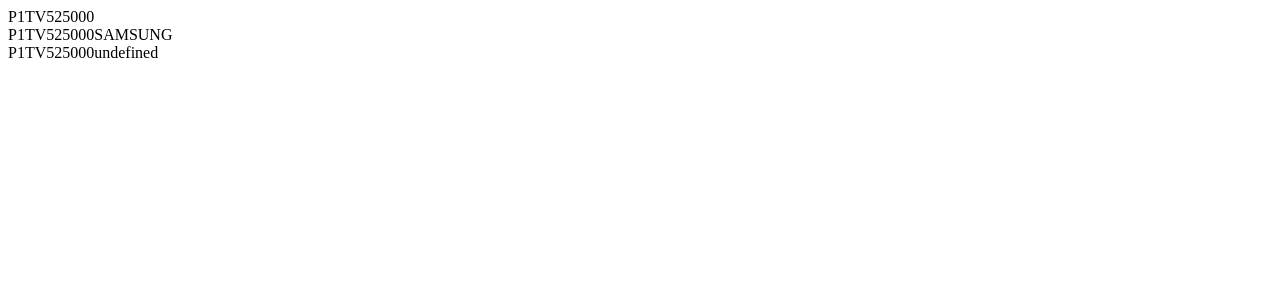
Repository: arindamslt/JEECoding
Page: JEE_FRONTEND/src/main/webapp/04JavascriptObject.html
An editor plug-in stored every save of this project. The page is shown before and after the next save, followed by the edit.
The browser window is 1280 px wide. The pictures show the whole page.

Above is the page before, as saved 2025-07-17 06:18:17.

After the next save:
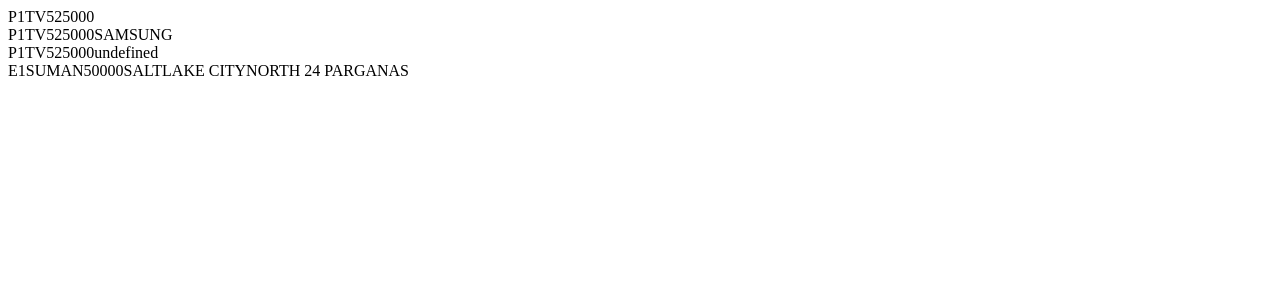
Saved 7 min 36 s later.
--- a/JEE_FRONTEND/src/main/webapp/04JavascriptObject.html
+++ b/JEE_FRONTEND/src/main/webapp/04JavascriptObject.html
@@ -16,9 +16,25 @@
 	product.company='SAMSUNG';
 	document.write(product.pid,product.pname,product.pqty,product.price,product.company);
 	document.write("<br/>");
+	//DELETE A ELEMENT
 	delete product.company;
 	document.write(product.pid,product.pname,product.pqty,product.price,product.company);
 	document.write("<br/>");
+	//NESTED OBJECT
+	var employee={
+		eid:'E1',
+		ename:'SUMAN',
+		sal:50000.00,
+		address:{
+			plotno:'AD10',
+			streetnm:'SALTLAKE CITY',
+			area:{
+				ps:'BIDHANNAGAR',
+				dist:'NORTH 24 PARGANAS'
+			}
+		}
+	}
+	document.write(employee.eid,employee.ename,employee.sal,employee.address.streetnm,employee.address.area.dist);
 </script>
 </head>
 <body>
